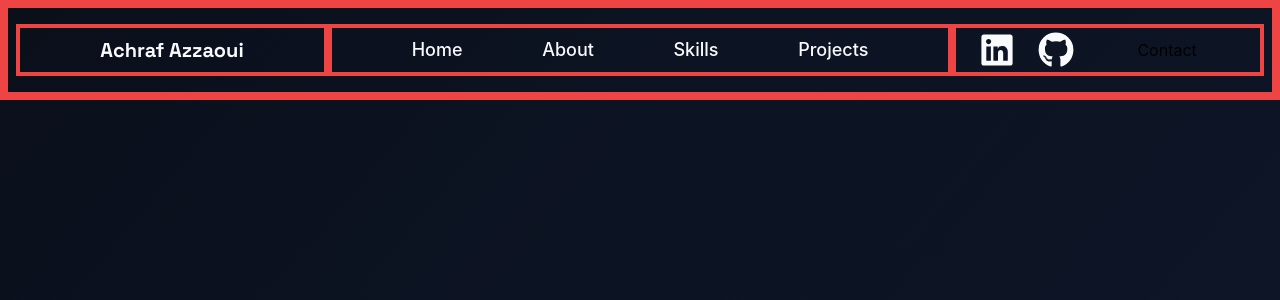
Repository: AchrafAzzaoui/Portfolio-Website
Page: / (app in achrafs-portfolio/)
The author's editor kept a copy of each file at every save. The page is drawn from the files as they stood at one save, then again after the next save.
The browser window is 1280 px wide. The pictures show the whole page.
Some web fonts or font styles are not loaded; a fallback is used. The project was rebuilt for these pictures with package versions that can differ from the ones it lists, and the page was loaded fresh each time. Also part of the build but not shown: achrafs-portfolio/vite.config.ts.

Above is the page before, as saved 2025-01-02 22:00:49.

### achrafs-portfolio/index.html
<!DOCTYPE html>
<html lang="en">
  <head>
    <meta charset="UTF-8" />
    <link rel="icon" type="image/svg+xml" href="/vite.svg" />
    <meta name="viewport" content="width=device-width, initial-scale=1.0" />
    <!-- Inter for body text -->
    <link rel="preconnect" href="https://rsms.me/" />
    <link rel="stylesheet" href="https://rsms.me/inter/inter.css" />

    <!-- Space Grotesk for headlines -->
    <link rel="preconnect" href="https://fonts.googleapis.com" />
    <link rel="preconnect" href="https://fonts.gstatic.com" crossorigin />
    <link
      href="https://fonts.googleapis.com/css2?family=Space+Grotesk:wght@500;600;700&display=swap"
      rel="stylesheet"
    />
    <title>Achraf's Portfolio Website</title>
  </head>
  <body>
    <div id="root"></div>
    <script type="module" src="/src/main.tsx"></script>
  </body>
</html>

### achrafs-portfolio/src/index.css
@tailwind base;
@tailwind components;
@tailwind utilities;
@tailwind base;
@tailwind components;
@tailwind utilities;

@layer base {
  * {
    margin: 0;
    padding: 0;
    box-sizing: border-box;
  }

  html {
    scroll-behavior: smooth;
  }

  body {
    @apply font-sans antialiased;
  }

  ul,
  ol {
    list-style: none;
  }

  a {
    text-decoration: none;
    color: inherit;
  }

  img {
    max-width: 100%;
    height: auto;
  }

  button {
    background: none;
    border: none;
    cursor: pointer;
  }
}

### achrafs-portfolio/src/App.tsx
import "./index.css";
import Header from "./components/layout/Header.tsx";
export default function App() {
  return (
    <div className="min-h-screen bg-gradient-dark">
      <Header />
    </div>
  );
}

### achrafs-portfolio/src/components/layout/Header.tsx
import { useState } from "react";
import { RxLinkedinLogo } from "react-icons/rx";
import { FaGithub } from "react-icons/fa";

export default function Header() {
  const [isMenuOpen, setIsMenuOpen] = useState(false);

  return (
    <header className="px-2 py-4 border-8 border-red-500">
      <nav className="flex ">
        <div className="basis-1/4 flex-auto flex justify-center items-center font-display font-bold text-dark-text-primary border-4 border-red-500">
          <h2 className="text-xl">Achraf Azzaoui</h2>
        </div>
        <div className="basis-2/4 flex-auto flex justify-evenly items-center border-4 border-red-500">
          <a
            href="#home"
            className="font-sans font-medium text-dark-text-primary text-lg"
          >
            Home
          </a>
          <a
            href="#about"
            className="font-sans font-medium text-dark-text-primary text-lg"
          >
            About
          </a>
          <a
            href="#skills"
            className="font-sans font-medium text-dark-text-primary text-lg"
          >
            Skills
          </a>
          <a
            href="#projects"
            className="font-sans font-medium text-dark-text-primary text-lg"
          >
            Projects
          </a>
        </div>
        <div className="basis-1/4 flex-auto flex justify-evenly items-center border-4 border-red-500">
          <RxLinkedinLogo className="text-4xl rounded-sm text-dark-text-primary" />
          <FaGithub className="text-4xl rounded-full text-dark-text-primary" />
          <button className="px-10 py-2.5 border-4 border-red-500">
            Contact{" "}
          </button>
        </div>
      </nav>
    </header>
  );
}

### achrafs-portfolio/tailwind.config.js
/** @type {import('tailwindcss').Config} */
const defaultTheme = require("tailwindcss/defaultTheme");

export default {
  content: ["./index.html", "./src/**/*.{js,ts,jsx,tsx}"],
  theme: {
    extend: {
      backgroundImage: {
        "gradient-dark":
          "linear-gradient(130deg, #0A0F1A 0%, #0C1322 40%, #0E1628 100%)",
        "gradient-light":
          "linear-gradient(130deg, #F8FAFC 0%, #EEF2F6 40%, #E2E8F0 100%)", // Light theme gradient
      },
      colors: {
        // Dark theme
        dark: {
          text: {
            primary: "#F8FAFC", // Almost white
            secondary: "#94A3B8", // Lighter gray
            muted: "#64748B", // Muted gray
          },
        },
        // Light theme
        light: {
          text: {
            primary: "#0F172A", // Very dark blue/gray
            secondary: "#334155", // Dark gray
            muted: "#64748B", // Same as dark for balance
          },
        },
      },
      fontFamily: {
        sans: ["Inter", ...defaultTheme.fontFamily.sans],
        display: ["Space Grotesk", ...defaultTheme.fontFamily.sans],
      },
    },
  },
  plugins: [],
};

Loaded but not shown: achrafs-portfolio/src/main.tsx (common file)

After the next save:
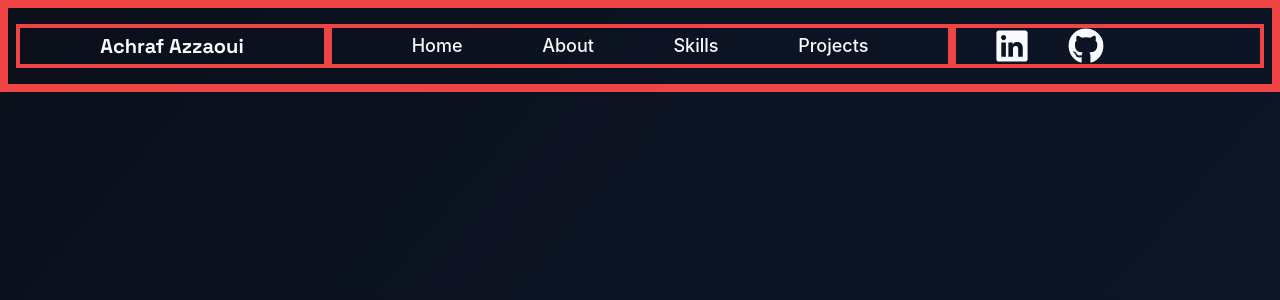
Saved 8 s later.
--- a/achrafs-portfolio/src/components/layout/Header.tsx
+++ b/achrafs-portfolio/src/components/layout/Header.tsx
@@ -40,9 +40,7 @@
         <div className="basis-1/4 flex-auto flex justify-evenly items-center border-4 border-red-500">
           <RxLinkedinLogo className="text-4xl rounded-sm text-dark-text-primary" />
           <FaGithub className="text-4xl rounded-full text-dark-text-primary" />
-          <button className="px-10 py-2.5 border-4 border-red-500">
-            Contact{" "}
-          </button>
+          <button className="px-10 py-2.5 border-4 border-red-500"></button>
         </div>
       </nav>
     </header>

After the 3 saves that followed:
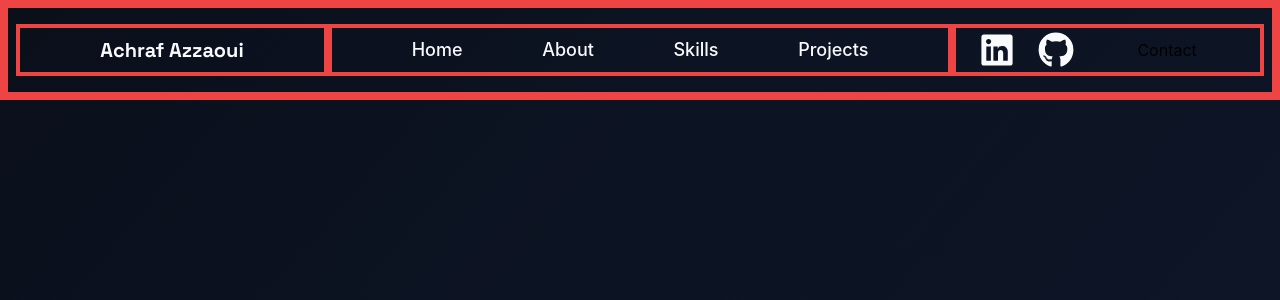
The 3 saves are shown as one change because 1 left the picture as it was and some came seconds apart.
The last was saved 35 s later.
--- a/achrafs-portfolio/src/components/layout/Header.tsx
+++ b/achrafs-portfolio/src/components/layout/Header.tsx
@@ -40,7 +40,9 @@
         <div className="basis-1/4 flex-auto flex justify-evenly items-center border-4 border-red-500">
           <RxLinkedinLogo className="text-4xl rounded-sm text-dark-text-primary" />
           <FaGithub className="text-4xl rounded-full text-dark-text-primary" />
-          <button className="px-10 py-2.5 border-4 border-red-500"></button>
+          <button className="px-10 py-2.5 border-4 border-red-200">
+            Contact
+          </button>
         </div>
       </nav>
     </header>
